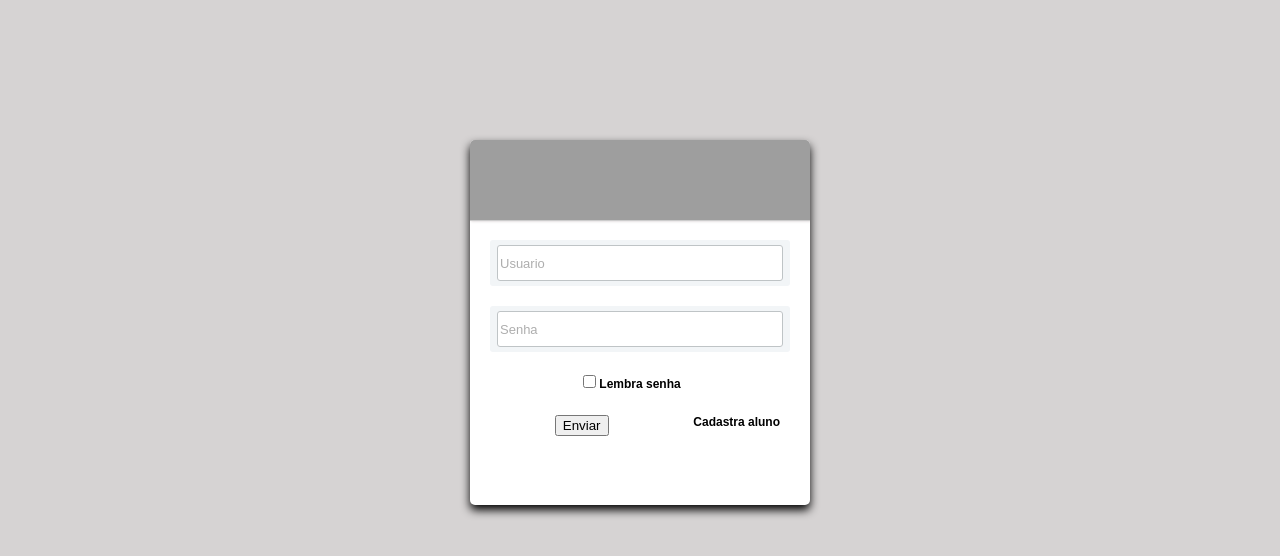
Repository: luisjonson/ProjetoWebAcademia
Page: http://localhost/RepositorioWebProject/Login.jsp
These files come from the project's save history. The page is drawn as it stood at one moment and after the next save; the edit follows.
The browser window is 1280 px wide. The pictures show the whole page.
Pictures or frames that could not be fetched are drawn as grey boxes. The page is served by Tomcat 9.

Above is the page before, as saved 2017-04-10 02:06:46.

After the next save:
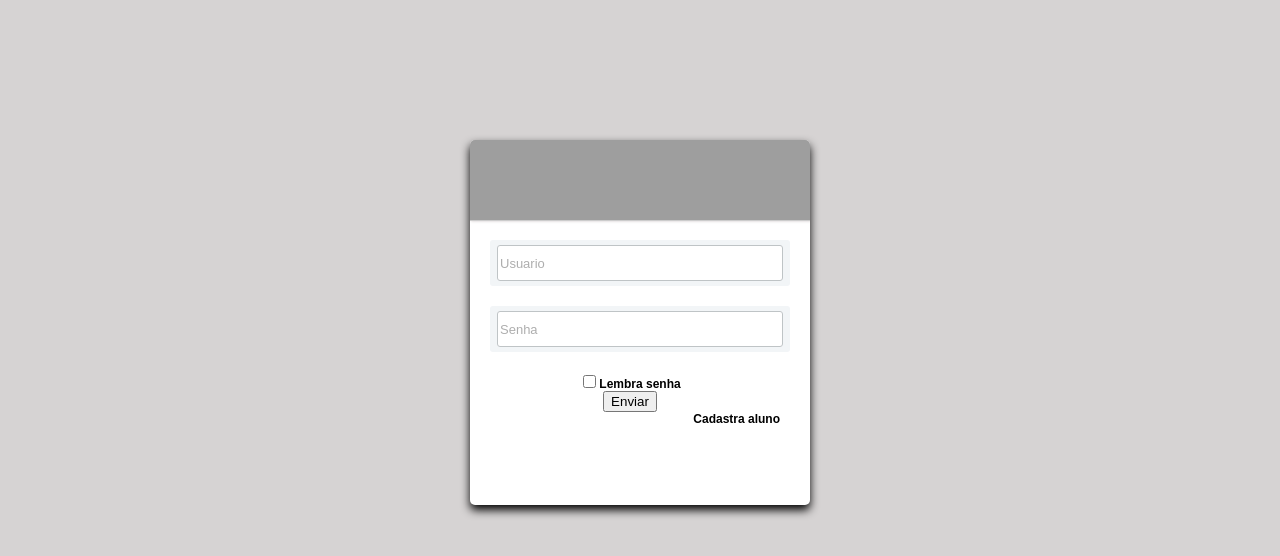
Saved 32 s later.
--- a/Projeto_Web/RepositorioWebProject/WebContent/Login.jsp
+++ b/Projeto_Web/RepositorioWebProject/WebContent/Login.jsp
@@ -122,10 +122,11 @@ body {
 
                 <div id="botoes">
 
-                  <div id="lembra-senha"><input type="checkbox"/>Lembra senha</div><br><br>
+                  <div id="lembra-senha"><input type="checkbox"/>Lembra senha</div>
+                  <div id="botao" ><input type="submit" name="enviar" value="Enviar"></div>
                   <div id="CadastraAluno">Cadastra aluno</div>
                   </div>
-                   <div id="botao" ><input type="submit" name="enviar" value="Enviar"></div>
+
               </div>
          </div>
 	</div>
